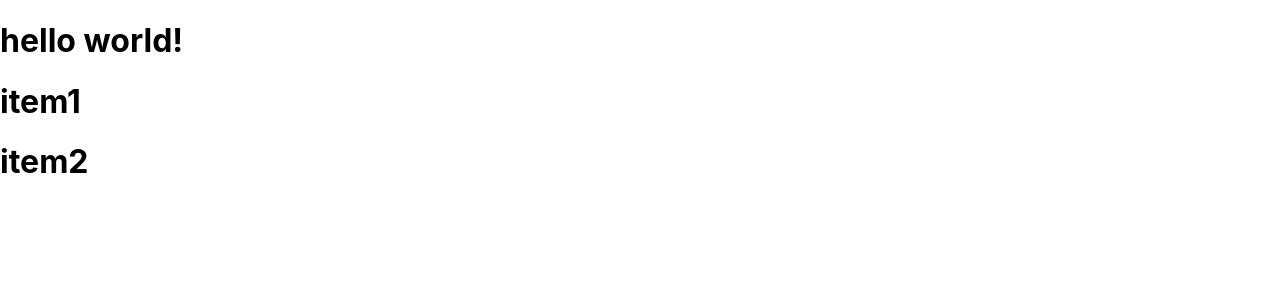
Repository: Criiis/ToDoWithReact
Page: /
The author's editor kept a copy of each file at every save. The page is drawn from the files as they stood at one save, then again after the next save.
The browser window is 1280 px wide. The pictures show the whole page.
The project was rebuilt for these pictures with package versions that can differ from the ones it lists, and the page was loaded fresh each time.

Above is the page before, as saved 2021-01-05 16:31:08.

After the next save:
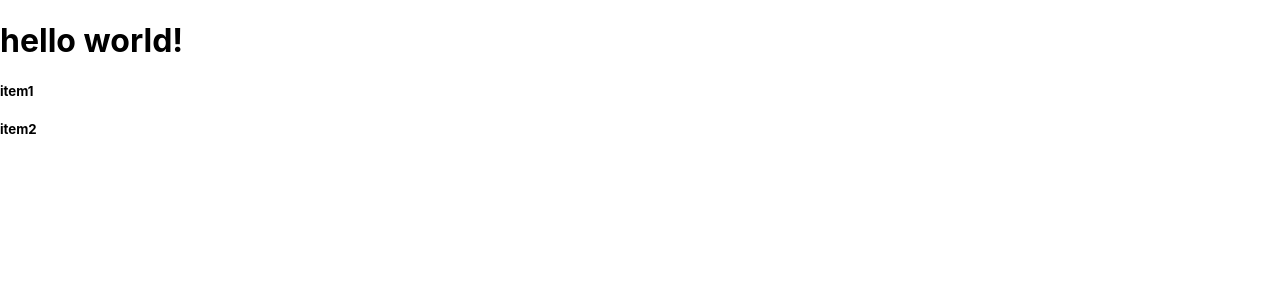
Saved 28 s later.
--- a/src/App.js
+++ b/src/App.js
@@ -44,7 +44,7 @@ console.log(doubled);
     <h1>hello world!</h1>
     {
       transformArrayInJson.map((item) => (
-        <h1>{item.item}</h1>
+        <h5>{item.item}</h5>
       ))
     }
     </>
